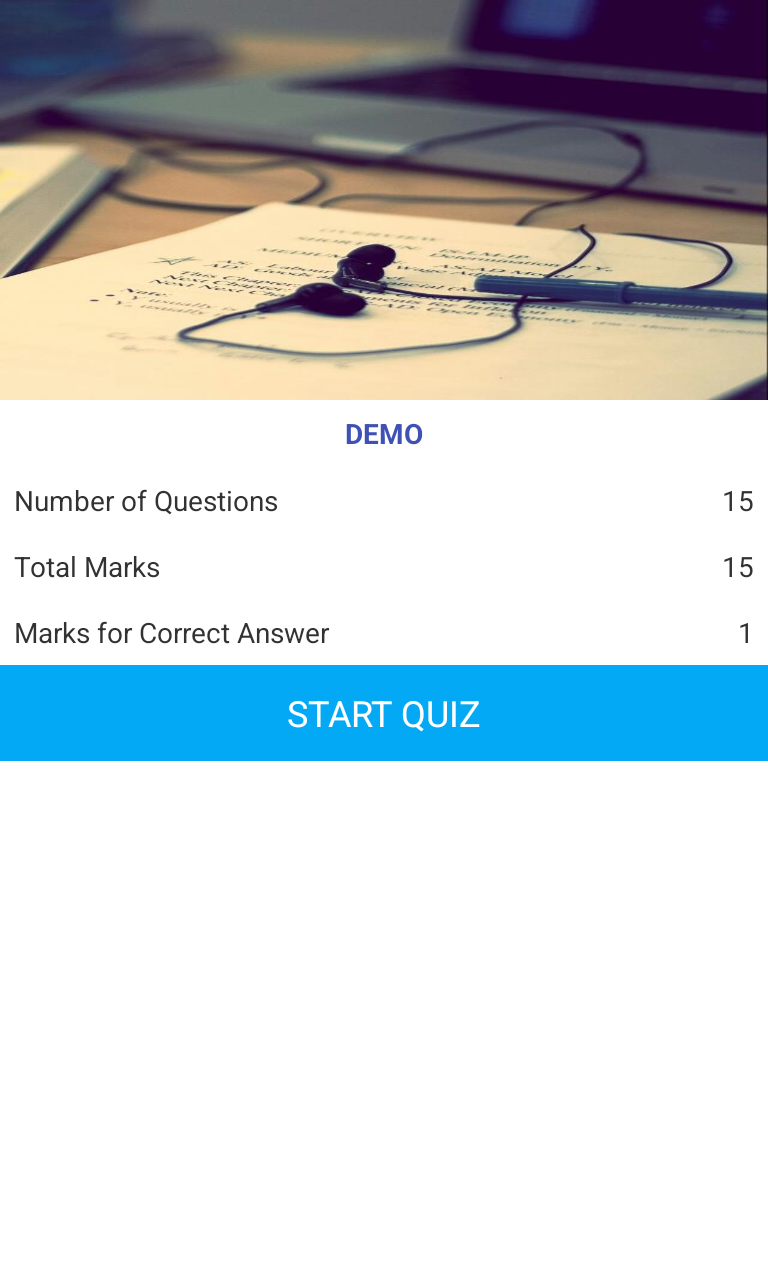
Repository: Harshil737/Career-Launcher
Layout: CareerLauncher/res/layout/item_start_quiz.xml
An editor plug-in stored every save of this project. The layout is shown before and after the next save, followed by the edit.
It is drawn on a 768 x 1280 px phone screen (xhdpi) without system bars, with theme AppTheme; the app's code is not run.

Above is the layout before, as saved 2017-11-04 12:57:36.

### CareerLauncher/res/layout/item_start_quiz.xml
<?xml version="1.0" encoding="utf-8"?>
<LinearLayout xmlns:android="http://schemas.android.com/apk/res/android"
    android:layout_width="match_parent"
    android:layout_height="match_parent"
    android:orientation="vertical" >

    <ImageView
        android:layout_width="match_parent"
        android:layout_height="200dp"
        android:scaleType="fitXY"
        android:src="@drawable/bg" />

    <TextView
        android:id="@+id/item_start_quiz_tv_name"
        android:layout_width="match_parent"
        android:layout_height="wrap_content"
        android:gravity="center_horizontal"
        android:padding="7dp"
        android:text="DEMO"
        android:textColor="@color/colorPrimary"
        android:textStyle="bold" />

    <View
        android:layout_width="match_parent"
        android:layout_height="0.5dp" />

    <LinearLayout
        android:layout_width="match_parent"
        android:layout_height="wrap_content"
        android:layout_margin="7dp"
        android:orientation="horizontal" >

        <TextView
            android:layout_width="0dp"
            android:layout_height="wrap_content"
            android:layout_weight="2"
            android:text="Number of Questions" />

        <TextView
            android:layout_width="0dp"
            android:layout_height="wrap_content"
            android:layout_weight="1"
            android:gravity="right"
            android:text="15" />
    </LinearLayout>

    <LinearLayout
        android:layout_width="match_parent"
        android:layout_height="wrap_content"
        android:layout_margin="7dp"
        android:orientation="horizontal" >

        <TextView
            android:layout_width="0dp"
            android:layout_height="wrap_content"
            android:layout_weight="2"
            android:text="Total Marks" />

        <TextView
            android:layout_width="0dp"
            android:layout_height="wrap_content"
            android:layout_weight="1"
            android:gravity="right"
            android:text="15" />
    </LinearLayout>

    <LinearLayout
        android:layout_width="match_parent"
        android:layout_height="wrap_content"
        android:layout_margin="7dp"
        android:orientation="horizontal" >

        <TextView
            android:layout_width="0dp"
            android:layout_height="wrap_content"
            android:layout_weight="2"
            android:text="Marks for Correct Answer" />

        <TextView
            android:layout_width="0dp"
            android:layout_height="wrap_content"
            android:layout_weight="1"
            android:gravity="right"
            android:text="1" />
    </LinearLayout>

    <Button
        android:id="@+id/item_start_quiz_yes"
        android:layout_width="match_parent"
        android:layout_height="wrap_content"
        android:background="#03a9f4"
        android:text="START QUIZ"
        android:textColor="@color/colorWhite" />

</LinearLayout>

### CareerLauncher/res/values/styles.xml
<resources>

    <style name="AppBaseTheme" parent="android:Theme.Light"></style>

    <!-- Application theme. -->
    <style name="AppTheme" parent="AppBaseTheme"></style>

</resources>

### CareerLauncher/res/values/colors.xml
<?xml version="1.0" encoding="utf-8"?>
<resources>

    <color name="colorPrimary">#3F51B5</color>
    <color name="colorPrimaryDark">#303F9F</color>
    <color name="colorAccent">#FF4081</color>
    <color name="colorWhite">#FFFFFF</color>
    <color name="offWhite">#dcdcdc</color>
    <color name="Black">#000000</color>
    <color name="Green">#388e3c</color>
    <color name="lightGreen">#00c853</color>
    <color name="Grey">#9e9e9e</color>
    <color name="yellow">#ffd600</color>

</resources>

Loaded but not shown: CareerLauncher/res/values-v11/styles.xml (common file); CareerLauncher/res/values-v14/styles.xml (common file)

After the next save:
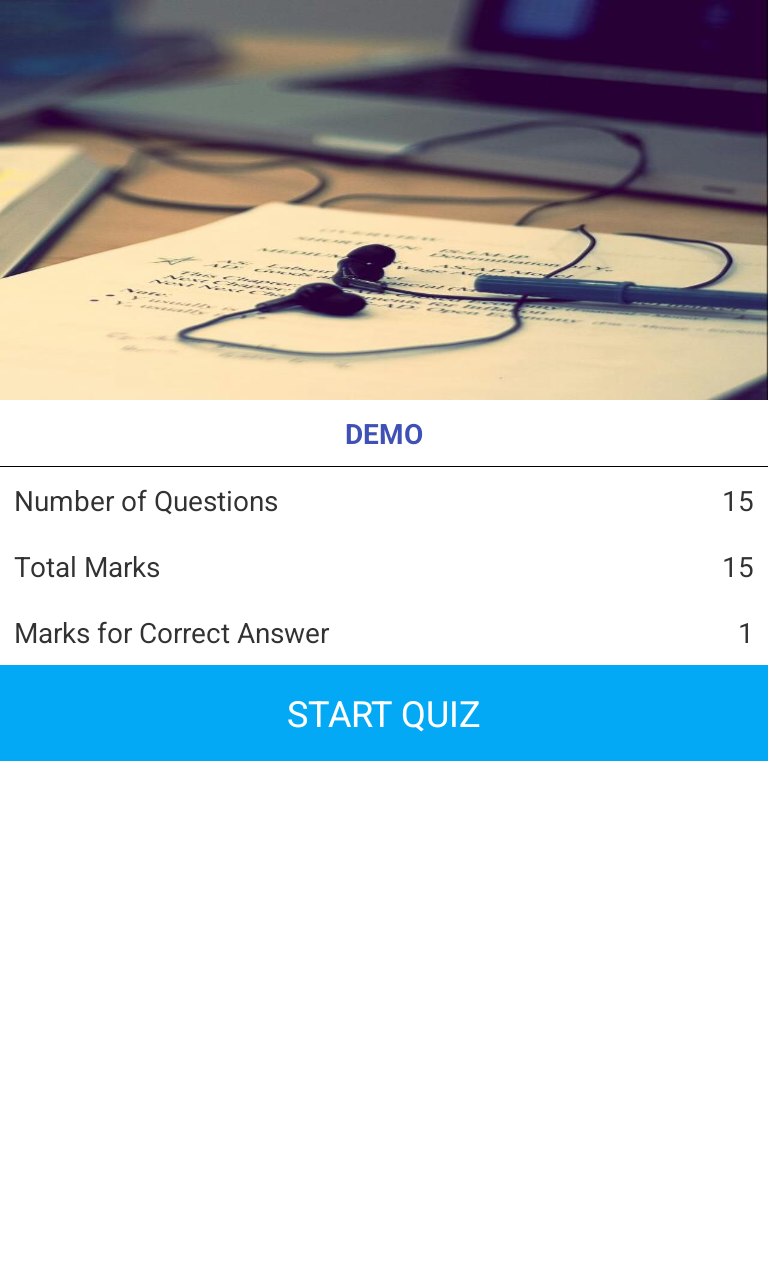
Saved 72 s later.
--- a/CareerLauncher/res/layout/item_start_quiz.xml
+++ b/CareerLauncher/res/layout/item_start_quiz.xml
@@ -22,7 +22,8 @@
 
     <View
         android:layout_width="match_parent"
-        android:layout_height="0.5dp" />
+        android:layout_height="0.5dp"
+        android:background="@color/Black" />
 
     <LinearLayout
         android:layout_width="match_parent"
